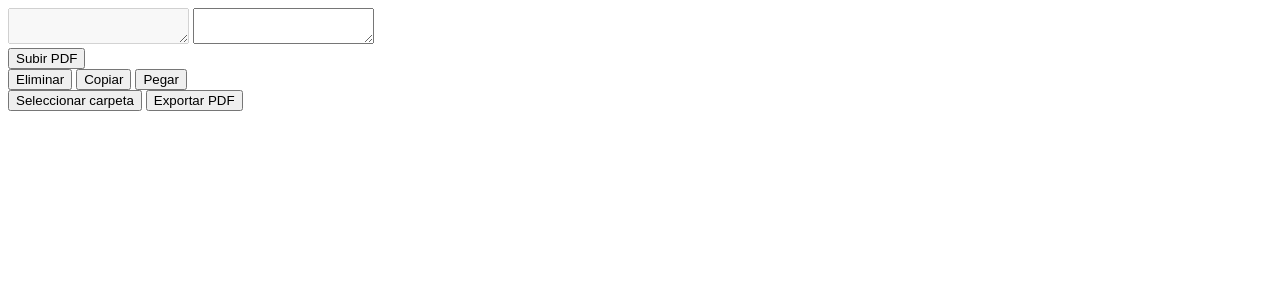
Repository: d3v0l0p3rs/pdf-spliteador
Page: src/index.html
The author's editor kept a copy of each file at every save. The page is drawn from the files as they stood at one save, then again after the next save.
The browser window is 1280 px wide. The pictures show the whole page.

Above is the page before, as saved 2020-10-21 16:20:58.

### src/index.html
<!DOCTYPE html>
<html>
  <head>
    <meta charset="UTF-8">
    <title>Separador de PDFs</title>
  </head>
  <body>
    <div id="main-content">
      <div id="text-areas">
        <textarea id="number-lines" name="number-lines" disabled></textarea>
        <textarea id="name-lines" name="name-lines"></textarea>
      </div>
      <div id="actions">
        <button type="button" id="upload-pdf" class="action-row btn btn-primary">Subir PDF</button>
        <input type="file" id="upload-pdf-input" name="upload-pdf" accept=".pdf" class="action-row btn btn-primary" style="display:none;">
        <div id="text-actions" class="action-row btn-group" role="group">
          <button type="button" id="delete-text" class="text-action btn btn-danger">Eliminar</button>
          <button type="button" id="copy-text" class="text-action btn btn-info">Copiar</button>
          <button type="button" id="paste-text" class="text-action btn btn-warning">Pegar</button>
        </div>
        <button type="button" id="choose-folder" class="action-row btn btn-primary">Seleccionar carpeta</button>
        <button type="button" id="export-pdf" class="action-row btn btn-primary">Exportar PDF</button>
      </div>
    </div>
  </body>
</html>

After the next save:
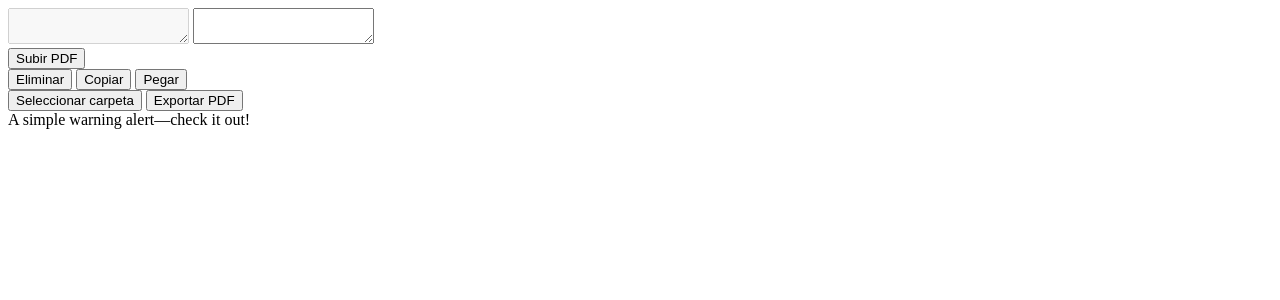
Saved 70 s later.
--- a/src/index.html
+++ b/src/index.html
@@ -20,6 +20,9 @@
         </div>
         <button type="button" id="choose-folder" class="action-row btn btn-primary">Seleccionar carpeta</button>
         <button type="button" id="export-pdf" class="action-row btn btn-primary">Exportar PDF</button>
+        <div class="alert alert-warning" role="alert">
+          A simple warning alert—check it out!
+        </div>
       </div>
     </div>
   </body>
